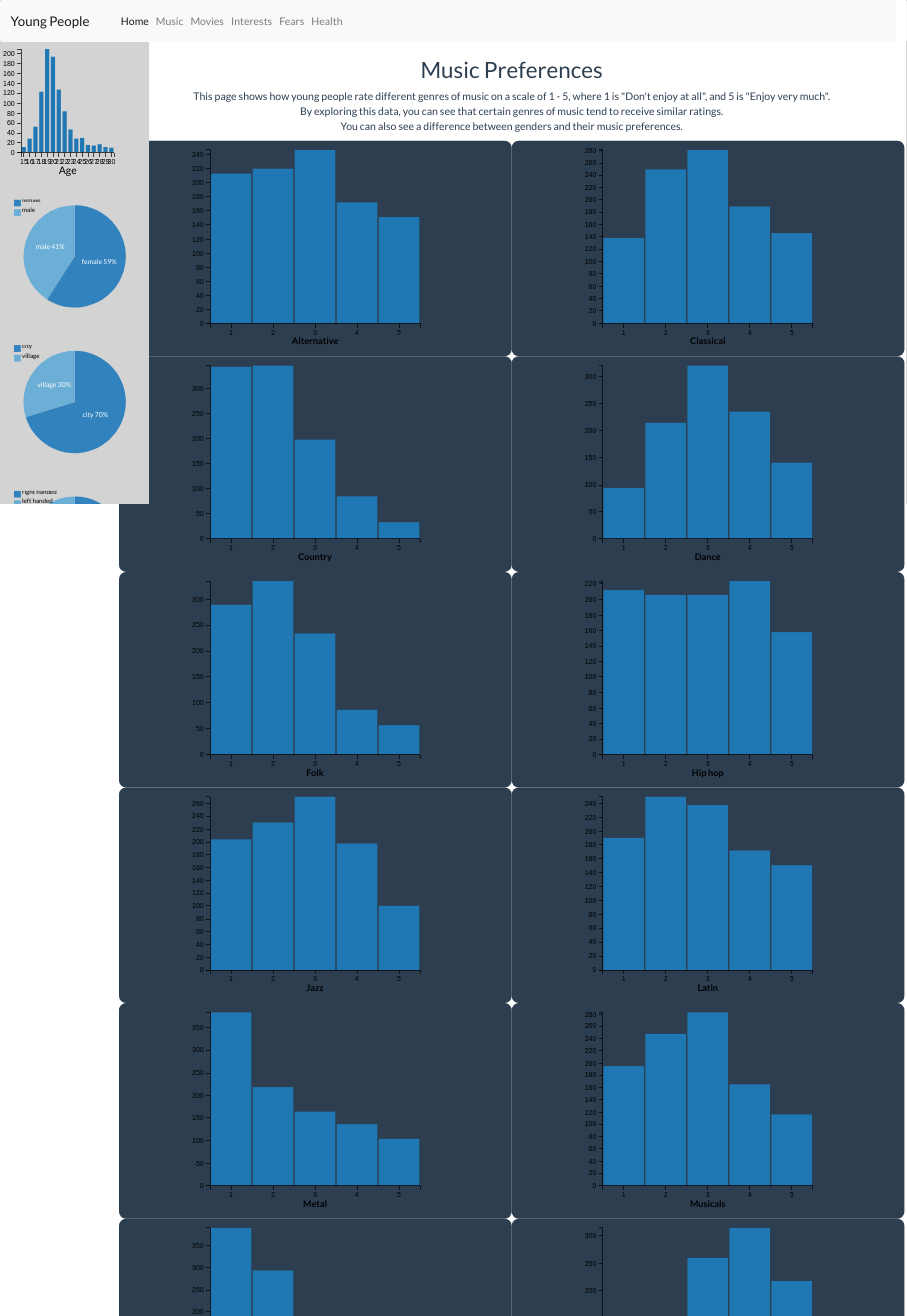
Repository: BrendanMolloy/milestone2
Page: music.html
The author's editor kept a record of every edit. The page is drawn from the files as they stood at one moment, then again after the next edit.
The browser window is 1280 px wide. The page is 1295 px wide, so the pictures cover 1295 px, including what lies to the right of the window. The pictures show the part of the page from y = 0 to 1880 px (the page is 2666 px tall before and 2674 px after), at 70% of full size.

Above is the page before.

### music.html
<!DOCTYPE html>
<html lang="en">

<head>
  <meta charset="UTF-8">
  <meta name="viewport" content="width=device-width, initial-scale=1.0">
  <meta http-equiv="X-UA-Compatible" content="ie=edge">
  <title>Young People</title>

  <link rel="stylesheet" href="https://maxcdn.bootstrapcdn.com/bootstrap/4.0.0/css/bootstrap.min.css" integrity="sha384-Gn5384xqQ1aoWXA+058RXPxPg6fy4IWvTNh0E263XmFcJlSAwiGgFAW/dAiS6JXm" crossorigin="anonymous">

  <link rel="stylesheet" href="css/bootstrap.min.css" type="text/css" />
  <link rel="stylesheet" href="css/dc.min.css" type="text/css" />
  <link rel="stylesheet" href="css/style.css" type="text/css" />

  <script type="text/javascript" src="js/d3.min.js"></script>
  <script type="text/javascript" src="js/crossfilter.min.js"></script>
  <script type="text/javascript" src="js/dc.min.js"></script>
  <script type="text/javascript" src="js/queue.min.js"></script>
  <script type="text/javascript" src="js/music.js"></script>
</head>

<body>
  <!------------------------------- Navbar -------------------------------------->

  <nav class="navbar navbar-expand-lg navbar-light bg-light">
    <a class="navbar-brand" href="#">Young People</a>
    <button class="navbar-toggler" type="button" data-toggle="collapse" data-target="#navbarNav" aria-controls="navbarNav" aria-expanded="false" aria-label="Toggle navigation">
    <span class="navbar-toggler-icon"></span>
  </button>
    <div class="collapse navbar-collapse" id="navbarNav">
      <ul class="navbar-nav">
        <li class="nav-item active">
          <a class="nav-link" href="index.html">Home</a>
        </li>
        <li class="nav-item">
          <a class="nav-link" href="music.html">Music <span class="sr-only">(current)</span></a>
        </li>
        <li class="nav-item">
          <a class="nav-link" href="movies.html">Movies</a>
        </li>
        <li class="nav-item">
          <a class="nav-link" href="interests.html">Interests</a>
        </li>
        <li class="nav-item">
          <a class="nav-link" href="fears.html">Fears</a>
        </li>
        <li class="nav-item">
          <a class="nav-link" href="health.html">Health</a>
        </li>
      </ul>
    </div>
  </nav>

  <!------------------------------- Sidebar ------------------------------------->
  <!--  filters/demographics -->
  <div class="row">
    <div class="sidenav col-sm-6 col-m-6 col-lg-2">
      <div id="age" class="side-graphs"></div>
      <div id="gender-balance" class="side-graphs"></div>
      <div id="city-village" class="side-graphs"></div>
      <div id="handedness" class="side-graphs"></div>
    </div>

  <!-------------------------------- Music ------------------------------------->
    <div class="section main col-lg-10">
      <h2>Music Preferences</h2>
      <p>This page shows how young people rate different genres of music on a scale of 1 - 5, where 1 is "Don't enjoy at all", and 5 is "Enjoy very much".
      <br> By exploring this data, you can see that certain genres of music tend to receive similar ratings.
      <br> You can also see a difference between genders and their music preferences.</p>
      <div class="row">
        <div id="alternative" class="col-sm-12 col-m-6 col-lg-6 badge"></div>
        <div id="classical" class="col-sm-12 col-m-6 col-lg-6 badge"></div>
        <div id="country" class="col-sm-12 col-m-6 col-lg-6 badge"></div>
        <div id="dance" class="col-sm-12 col-m-6 col-lg-6 badge"></div>
        <div id="folk" class="col-sm-12 col-m-6 col-lg-6 badge"></div>
        <div id="hiphop" class="col-sm-12 col-m-6 col-lg-6 badge"></div>
        <div id="jazz" class="col-sm-12 col-m-6 col-lg-6 badge"></div>
        <div id="latin" class="col-sm-12 col-m-6 col-lg-6 badge"></div>
        <div id="metal" class="col-sm-12 col-m-6 col-lg-6 badge"></div>
        <div id="musicals" class="col-sm-12 col-m-6 col-lg-6 badge"></div>
        <div id="opera" class="col-sm-12 col-m-6 col-lg-6 badge"></div>
        <div id="pop" class="col-sm-12 col-m-6 col-lg-6 badge"></div>
        <div id="punk" class="col-sm-12 col-m-6 col-lg-6 badge"></div>
        <div id="reggae" class="col-sm-12 col-m-6 col-lg-6 badge"></div>
        <div id="rock" class="col-sm-12 col-m-6 col-lg-6 badge"></div>
        <div id="techno" class="col-sm-12 col-m-6 col-lg-6 badge"></div>
      </div>
    </div>
  </div>

</body>

</html>

### css/style.css
.section {
  text-align: center;
  border-bottom: 1px solid #e6e6e6;
  padding: 0px;
}

.row {
  text-align: center;
}

.navbar {
  width: 100vw;
  position: fixed;
  z-index: 2;
  padding: 0;
}


.landing {
  text-align: center;
  padding-top: 60px;
  padding-right: 15%;
  padding-left: 15%;
}

.landing-graphs {
  position: relative;
  height: 0;
  width: 100%;
  padding: 50px;
  padding-bottom: 25%;
}

.sidenav {
  height: 100%;
  /*Full-height: remove this if you want "auto" height */
  /*width: 450px;  Set the width of the sidebar */
  position: fixed;
  /* Fixed Sidebar (stay in place on scroll) */
  z-index: 1;
  /* Stay on top */
  top: 0;
  /* Stay at the top */
  left: 0;
  background-color: #D3D3D3;
  /* Light Grey */
  overflow-x: hidden;
  /* Disable horizontal scroll */
  padding: 0;
  padding-top: 60px;
}

.main {
  margin-left: 200px;
  /*Same as the width of the sidebar */
  max-width: 100vw;
  padding: 0;
  padding-top: 60px;
}


#music-enjoyment {
  padding: 0;
}

.side-graphs {
  text-align: center;
  width: 100%;
  padding: 20px;
}

.side-graphs#age {
  padding: 0;
}

### js/music.js
/* global queue */
/* global d3 */
/* global crossfilter */
/* global dc */

queue()
    .defer(d3.csv, "data/young-people.csv")
    .await(makeGraphs);

function makeGraphs(error, ypData){
    var ndx = crossfilter(ypData);

    // demographics //
    show_age_range(ndx);
    show_pie_chart(ndx, 'Gender', "#gender-balance");
    show_pie_chart(ndx, 'Village - town', "#city-village");
    show_pie_chart(ndx, 'Left - right handed', "#handedness")

    // music //
    /*show_enjoyment(ndx, 'Music', "#music-enjoyment", "I enjoy listening to music");*/
    show_bar_chart(ndx, 'Alternative', "#alternative", "Alternative");
    show_bar_chart(ndx, 'Classical music', "#classical", "Classical");
    show_bar_chart(ndx, 'Country', "#country", "Country");
    show_bar_chart(ndx, 'Dance', "#dance", "Dance");
    show_bar_chart(ndx, 'Folk', "#folk", "Folk");
    show_bar_chart(ndx, 'Hiphop, Rap', "#hiphop", "Hip hop");
    show_bar_chart(ndx, 'Swing, Jazz', "#jazz", "Jazz");
    show_bar_chart(ndx, 'Latino', "#latin", "Latin");
    show_bar_chart(ndx, 'Metal or Hardrock', "#metal", "Metal");
    show_bar_chart(ndx, 'Musical', "#musicals", "Musicals");
    show_bar_chart(ndx, 'Opera', "#opera", "Opera");
    show_bar_chart(ndx, 'Pop', "#pop", "Pop");
    show_bar_chart(ndx, 'Punk', "#punk", "Punk");
    show_bar_chart(ndx, 'Reggae, Ska', "#reggae", "Reggae");
    show_bar_chart(ndx, 'Rock', "#rock", "Rock");
    show_bar_chart(ndx, 'Techno, Trance', "#techno", "Techno");

    dc.utils.printSingleValue.fformat = d3.format('.0f');

    dc.renderAll();
}

function remove_empty_bins(source_group) { //eliminates empty or null values from the dataset, so graphs can render unimpeded//
    return {
        all:function () {
            return source_group.all().filter(function(d) {
                //return Math.abs(d.value) > 0.00001; // if using floating-point numbers
                return d.key !== ""; // if integers only
            });
        }
    };
}



//---------------------- Demographics Graphs ---------------------------------//

function show_pie_chart(ndx, dimensionLabel, id){
    var dim = ndx.dimension(dc.pluck(dimensionLabel));
    var group = dim.group();
    var filtered_group = remove_empty_bins(group)

    dc.pieChart(id)
        .useViewBoxResizing(true)
        .externalRadiusPadding(10)
        .innerRadius(0)
        .dimension(dim)
        .group(filtered_group)
        .legend(dc.legend())
        .on('pretransition', function(chart) {
        chart.selectAll('text.pie-slice').text(function(d) {
            return d.data.key + ' ' + dc.utils.printSingleValue((d.endAngle - d.startAngle) / (2*Math.PI) * 100) + '%';
        })
    })
}

function show_age_range(ndx){
    var dim = ndx.dimension(dc.pluck('Age'));
    var group = dim.group();
    var filtered_group = remove_empty_bins(group)

    dc.barChart("#age")
        .useViewBoxResizing(true)
        .dimension(dim)
        .group(filtered_group)
        .transitionDuration(500)
        .x(d3.scale.ordinal())
        .xUnits(dc.units.ordinal)
        .elasticY(true)
        .xAxisLabel("Age")
        .yAxis().ticks(10);
}

/*function show_age_range(ndx){ //displays age distribution in pie chart form
    var dim = ndx.dimension(dc.pluck('Age'));
    var group = dim.group();
    var filtered_group = remove_empty_bins(group)

    dc.pieChart("#age")
        .useViewBoxResizing(true)
        .externalRadiusPadding(10)
        .innerRadius(0)
        .dimension(dim)
        .group(filtered_group)
        .legend(dc.legend())
        .on('pretransition', function(chart) {
        chart.selectAll('text.pie-slice').text(function(d) {
            return d.data.key + ' ' + dc.utils.printSingleValue((d.endAngle - d.startAngle) / (2*Math.PI) * 100) + '%';
        })
    })
} */

//---------------------------- Main Graphs ----------------------------------//

function show_enjoyment(ndx, dimensionLabel, id, xlabel){
    var dim = ndx.dimension(dc.pluck(dimensionLabel));
    var group = dim.group();
    var filtered_group = remove_empty_bins(group)

    dc.barChart(id)
        .width(400)
        .height(300)
        .margins({top:10, right:50, bottom:30, left:50})
        .dimension(dim)
        .group(filtered_group)
        .transitionDuration(500)
        .x(d3.scale.ordinal())
        .xUnits(dc.units.ordinal)
        .elasticY(true)
        .xAxisLabel(xlabel)
        .yAxis().ticks(10);
}

function show_bar_chart(ndx, dimensionLabel, id, xlabel){
    var dim = ndx.dimension(dc.pluck(dimensionLabel)); //selects column from dataset
    var group = dim.group();
    var filtered_group = remove_empty_bins(group)
    var w = 400; //adjust graph dimensions
    var h = 300;

    dc.barChart(id)
        .width(w)
        .height(h)
        .margins({top:10, right:50, bottom:30, left:50})
        .dimension(dim)
        .group(filtered_group)
        .transitionDuration(500)
        .x(d3.scale.ordinal())
        .xUnits(dc.units.ordinal)
        .elasticY(true)
        .xAxisLabel(xlabel)
        .yAxis().ticks(10);
}

Loaded but not shown: css/bootstrap.min.css (library); css/dc.min.css (library); js/d3.min.js (library); js/crossfilter.min.js (library); js/dc.min.js (library); js/queue.min.js (common file)

After the next edit:
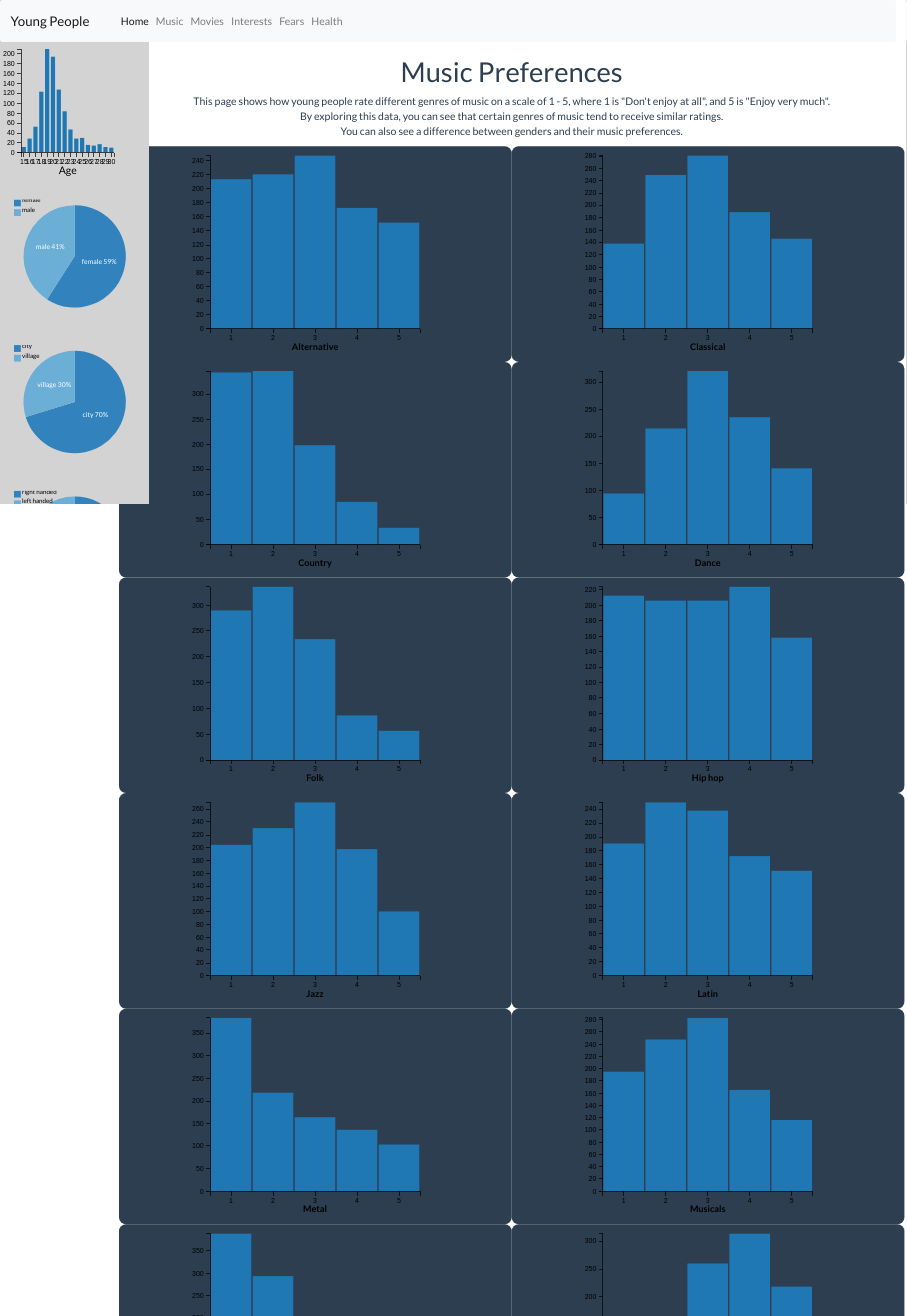
The edit:
--- a/music.html
+++ b/music.html
@@ -64,7 +64,7 @@
 
   <!-------------------------------- Music ------------------------------------->
     <div class="section main col-lg-10">
-      <h2>Music Preferences</h2>
+      <h1>Music Preferences</h1>
       <p>This page shows how young people rate different genres of music on a scale of 1 - 5, where 1 is "Don't enjoy at all", and 5 is "Enjoy very much".
       <br> By exploring this data, you can see that certain genres of music tend to receive similar ratings.
       <br> You can also see a difference between genders and their music preferences.</p>
